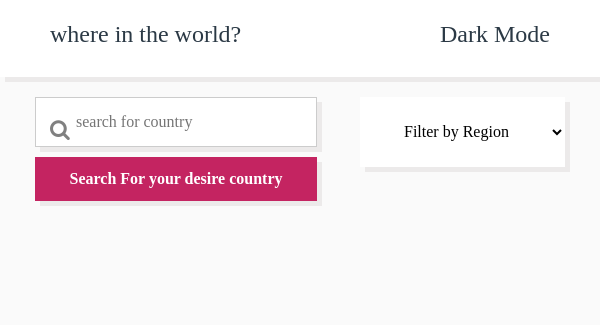
Repository: lamilekan263/countries
Page: /
An editor plug-in stored every save of this project. The page is shown before and after the next save, followed by the edit.
The browser window is 600 px wide. The pictures show the whole page.
The page's requests for data from a server got no answer. The project was rebuilt for these pictures with package versions that can differ from the ones it lists, and the page was loaded fresh each time. No one was signed in, and anything a server would have sent is missing. Also part of the build but not shown: src/components/country/country.css, src/components/country/country.jsx, src/components/selectCountryRegion/selectCountryRegion.styles.css, src/components/selectCountryRegion/selectCountryRegion.component.jsx.

Above is the page before, as saved 2020-07-30 16:44:45.

After the next save:
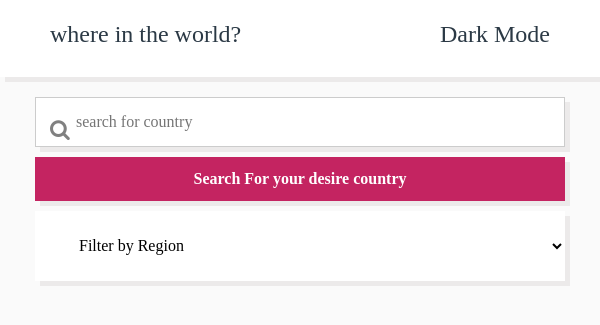
Saved 4 s later.
--- a/src/components/form.component/form.styles.css
+++ b/src/components/form.component/form.styles.css
@@ -9,7 +9,7 @@
 }
 @media(max-width:740px){
     .myForm{
-        flex-direction: ;
+        flex-direction: column;
     }
 }
 
